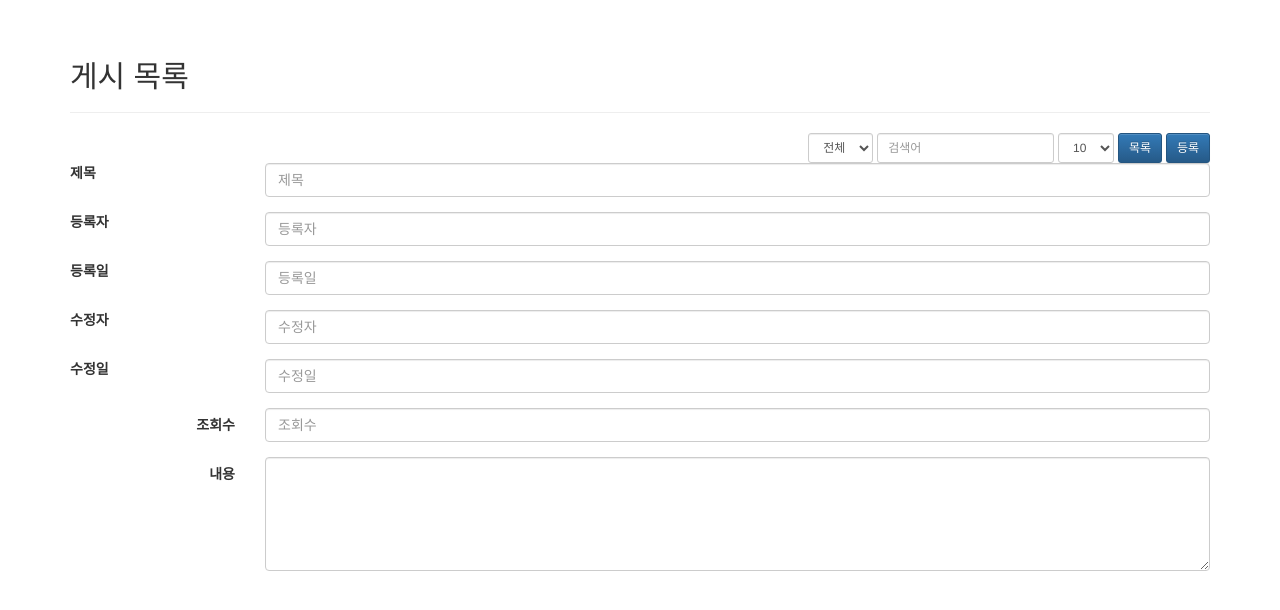
Repository: dongseon-git/WEB_JSP
Page: workspace/studyhtml5/WebContent/bootstrap/boot_list.html
The author's editor kept a copy of each file at every save. The page is drawn from the files as they stood at one save, then again after the next save.
The browser window is 1280 px wide. The pictures show the whole page.

Above is the page before, as saved 2022-05-24 06:18:53.

After the next save:
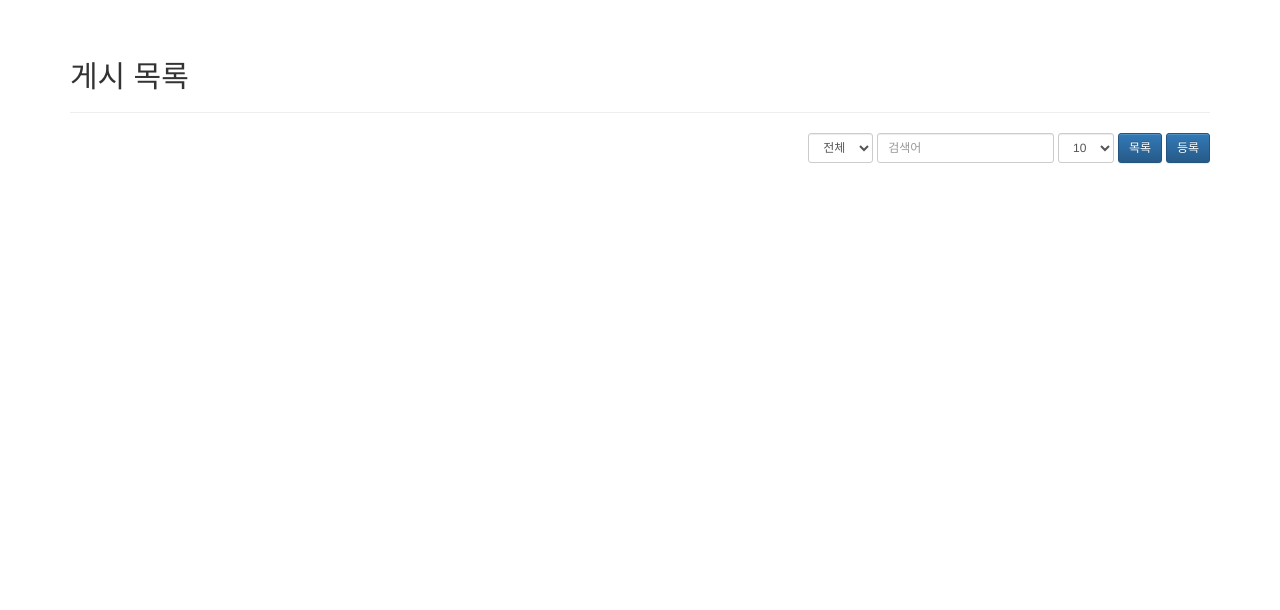
Saved 39 s later.
--- a/workspace/studyhtml5/WebContent/bootstrap/boot_list.html
+++ b/workspace/studyhtml5/WebContent/bootstrap/boot_list.html
@@ -54,61 +54,6 @@
     </form>
     </div>
     <!-- //검색영역 -->
-
-    <!-- form -->
-    <form action="" class="form-horizontal">
-      <div class="form-group">
-        <label for="title" class="col-sm-3 col-md-2 col-lg-2 ">제목</label>
-        <div class="col-sm-9 col-md-10 col-lg-10">
-          <input type="text" maxlength="100" name="title" id="title" placeholder="제목" class="form-control">
-        </div>
-      </div>
-
-      <div class="form-group">
-        <label for="regId" class="col-sm-3 col-md-2 col-lg-2 ">등록자</label>
-        <div class="col-sm-9 col-md-10 col-lg-10">
-          <input type="text" maxlength="100" name="regId" id="regId" placeholder="등록자" class="form-control">
-        </div>
-      </div>
-
-      <div class="form-group">
-        <label for="regDt" class="col-sm-3 col-md-2 col-lg-2 ">등록일</label>
-        <div class="col-sm-9 col-md-10 col-lg-10">
-          <input type="text" maxlength="100" name="regDt" id="regDt" placeholder="등록일" class="form-control">
-        </div>
-      </div>
-
-      <div class="form-group">
-        <label for="modId" class="col-sm-3 col-md-2 col-lg-2 ">수정자</label>
-        <div class="col-sm-9 col-md-10 col-lg-10">
-          <input type="text" maxlength="100" name="modId" id="modId" placeholder="수정자" class="form-control">
-        </div>
-      </div>
-
-      <div class="form-group">
-        <label for="modDt" class="col-sm-3 col-md-2 col-lg-2 ">수정일</label>
-        <div class="col-sm-9 col-md-10 col-lg-10">
-          <input type="text" maxlength="100" name="modDt" id="modDt" placeholder="수정일" class="form-control">
-        </div>
-      </div>
-
-      <div class="form-group">
-        <label for="readCnt" class="col-sm-3 col-md-2 col-lg-2 control-label">조회수</label>
-        <div class="col-sm-9 col-md-10 col-lg-10">
-          <input type="text" maxlength="100" name="readCnt" id="readCnt" placeholder="조회수" class="form-control">
-        </div>
-      </div>
-
-      <!-- 내용 -->
-      <div class="form-group">
-        <label for="contents" class="col-sm-3 col-md-2 col-lg-2 control-label">내용</label>
-        <div class="col-sm-9 col-md-10 col-lg-10">
-          <textarea rows="5" cols="20" name="contents" id="contents" class="form-control"></textarea>
-        </div>
-      </div>
-      <!--// 내용  -------------------------------------------------------------->
-    </form>
-    <!--// form  -------------------------------------------------------------->
   </div>
   <!--// div container -------------------------------------------------------->
 </body>
